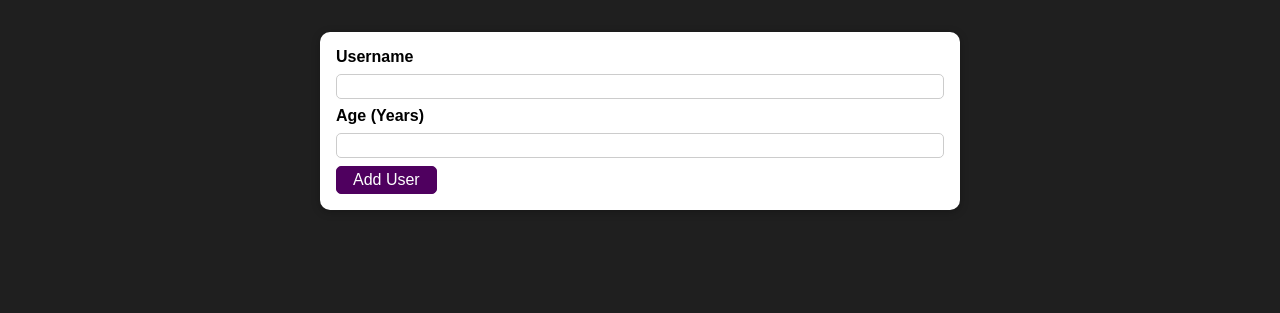
Repository: Samkiroko/react_project_2
Page: /
The author's editor kept a copy of each file at every save. The page is drawn from the files as they stood at one save, then again after a run of saves.
The browser window is 1280 px wide. The pictures show the whole page.
The project was rebuilt for these pictures with package versions that can differ from the ones it lists, and the page was loaded fresh each time.

Above is the page before, as saved 2021-07-04 11:25:47.

### src/index.css
* {
    box-sizing: border-box;
}

html {
    font-family: sans-serif;
    background: #1f1f1f;
}

body {
    margin: 0;
}

### src/App.js
import React from 'react'
import AddUser from './components/Users/AddUser'

function App() {
  return (
    <div>
      <AddUser />
    </div>
  )
}

export default App

### src/components/Users/AddUser.js
import React, { useState } from 'react'

import Card from '../UI/Card'
import Button from '../UI/Button'
import classes from './AddUser.module.css'

const AddUser = (props) => {
  const [enteredUsername, setEnteredUsername] = useState('')
  const [enteredUserAge, setEnteredUserAge] = useState('')
  const addUserHandler = (event) => {
    event.preventDefault()
    if (enteredUsername.trim().length === 0 || enteredUserAge.trim().length === 0) {
      return
    }
    if (+enteredUserAge < 1) {
      return
    }

    console.log(enteredUserAge, enteredUsername)
    // reset the form
    setEnteredUserAge('')
    setEnteredUsername('')
  }

  const usernameChangeHandler = (event) => {
    setEnteredUsername(event.target.value)
  }

  const ageChangeHandler = (event) => {
    setEnteredUserAge(event.target.value)
  }

  return (
    <Card className={classes.input}>
      <form onSubmit={addUserHandler}>
        <label htmlFor='username'>Username</label>
        <input id='username' type='text' value={enteredUsername} onChange={usernameChangeHandler} />
        <label htmlFor='age'>Age (Years)</label>
        <input id='age' type='number' value={enteredUserAge} onChange={ageChangeHandler} />
        <Button type='submit'>Add User</Button>
      </form>
    </Card>
  )
}

export default AddUser

### src/components/UI/Card.js
import React from 'react'

import classes from './Card.module.css'

const Card = (props) => {
  return <div className={`${classes.card} ${props.className}`}>{props.children}</div>
}

export default Card

### src/components/UI/Button.js
import React from 'react'

import classes from './Button.module.css'

const Button = (props) => {
  return (
    <button className={classes.button} type={props.type || 'button'} onClick={props.onClick}>
      {props.children}
    </button>
  )
}

export default Button

### src/components/Users/AddUser.module.css
.input {
    margin: 2rem auto;
    padding: 1rem;
    width: 90%;
    max-width: 40rem;
}

.input label {
    display: block;
    font-weight: bold;
    margin-bottom: 0.5rem;
}

.input input {
    font: inherit;
    display: block;
    width: 100%;
    border: 1px solid #ccc;
    padding: 0.15rem;
    margin-bottom: 0.5rem;
    border-radius: 5px;
}

.input input:focus {
    outline: none;
    border-color: #4f005f;
}

### src/components/UI/Button.module.css
.button {
    font: inherit;
    border: 1px solid #4f005f;
    background: #4f005f;
    color: white;
    padding: 0.25rem 1rem;
    cursor: pointer;
    border-radius: 5px;
}

.button:hover,
.button:active {
    background: #741188;
    border-color: #741188;
}

.button:focus {
    outline: none;
}

### src/components/Users/UserList.js
import React from 'react'
import Card from '../UI/Card'
import classes from '../Users/UserList.module.css'

const UserList = (props) => {
  return (
    <Card className={classes.users}>
      <ul>
        {props.user.map((user) => (
          <li>
            {user.name} ({user.age} years old)
          </li>
        ))}
      </ul>
    </Card>
  )
}

export default UserList

Loaded but not shown: public/index.html (common file); src/index.js (common file); src/components/UI/Card.module.css (common file); src/components/Users/UserList.module.css (common file)

After the next 2 saves:
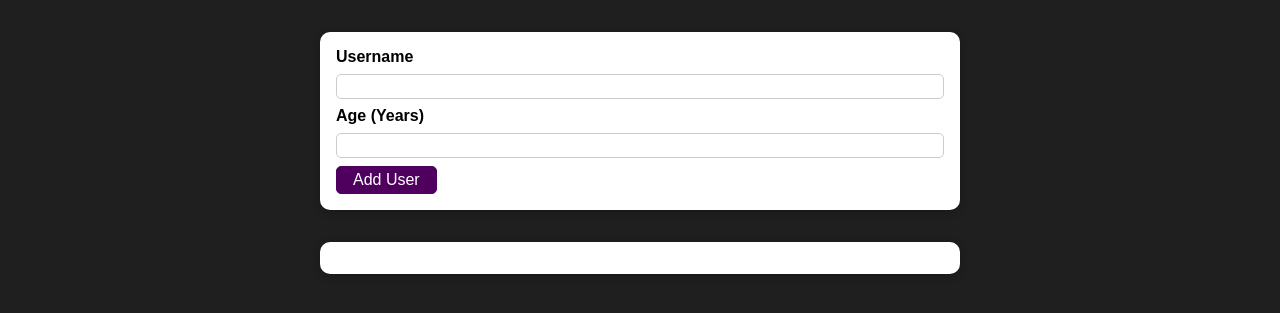
The 2 saves are shown as one change because 1 did not build or start.
The last was saved 3 min 49 s later.
--- a/src/App.js
+++ b/src/App.js
@@ -1,10 +1,13 @@
 import React from 'react'
+
 import AddUser from './components/Users/AddUser'
+import UserList from './components/Users/UserList'
 
 function App() {
   return (
     <div>
       <AddUser />
+      <UserList user={[]} />
     </div>
   )
 }
